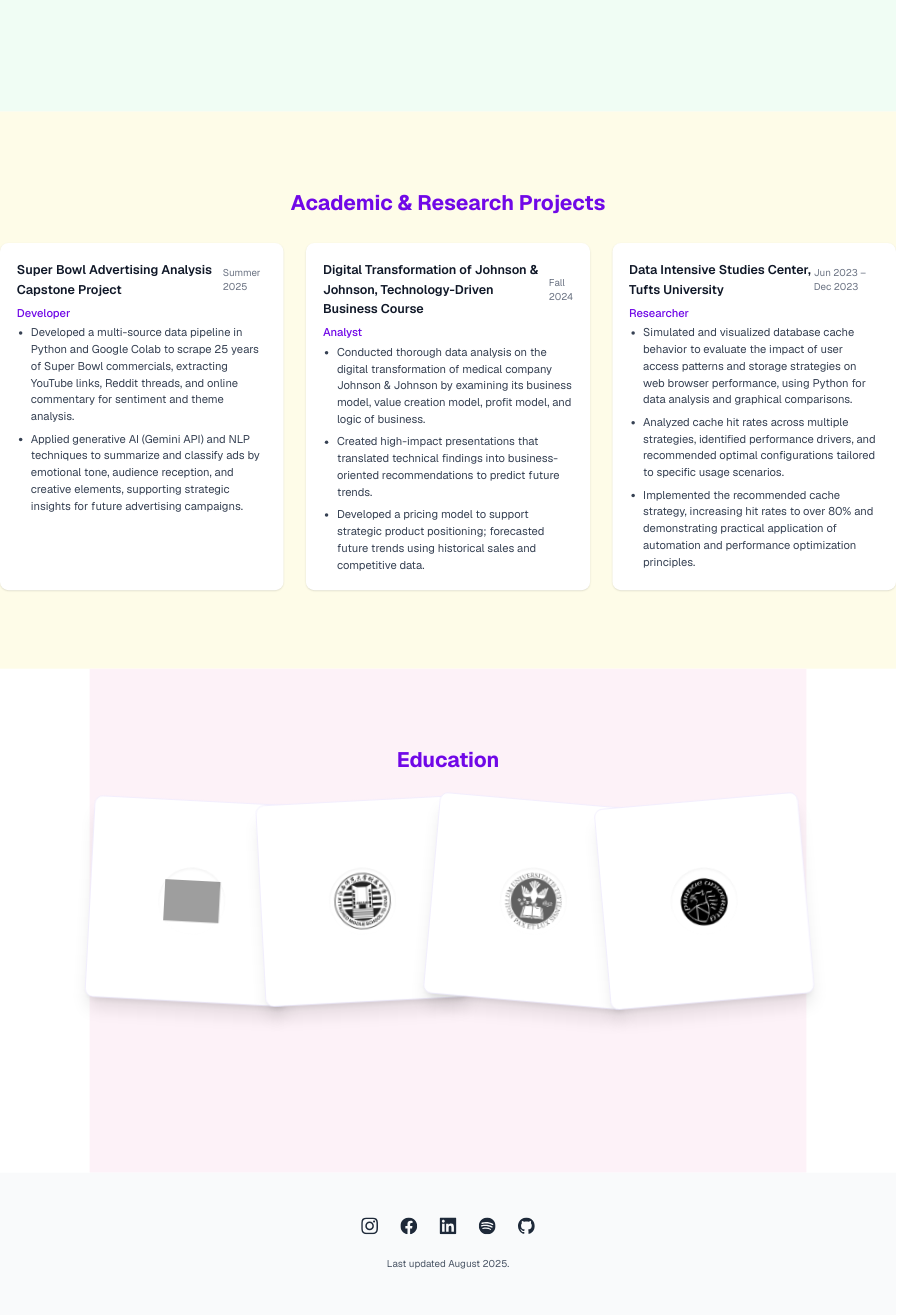
Repository: winniewyl/personal-portfolio
Page: /
These files come from the project's save history. The page is drawn as it stood at one moment and after the next save; the edit follows.
The browser window is 1280 px wide. The page is 1280 px wide, then 1292 px, so the pictures cover 1292 px, including what lies to the right of the window. The pictures show the part of the page from y = 2125 to 4005 px (the page is 4005 px tall), at 70% of full size.
Pictures or frames that could not be fetched are drawn as grey boxes. The project was rebuilt for these pictures with package versions that can differ from the ones it lists, and the page was loaded fresh each time. The framework's server and built-in components were replaced by stand-ins that run in the browser. Also part of the build but not shown: next.config.ts.

Above is the page before, as saved 2025-07-29 15:18:25.

After the next save:
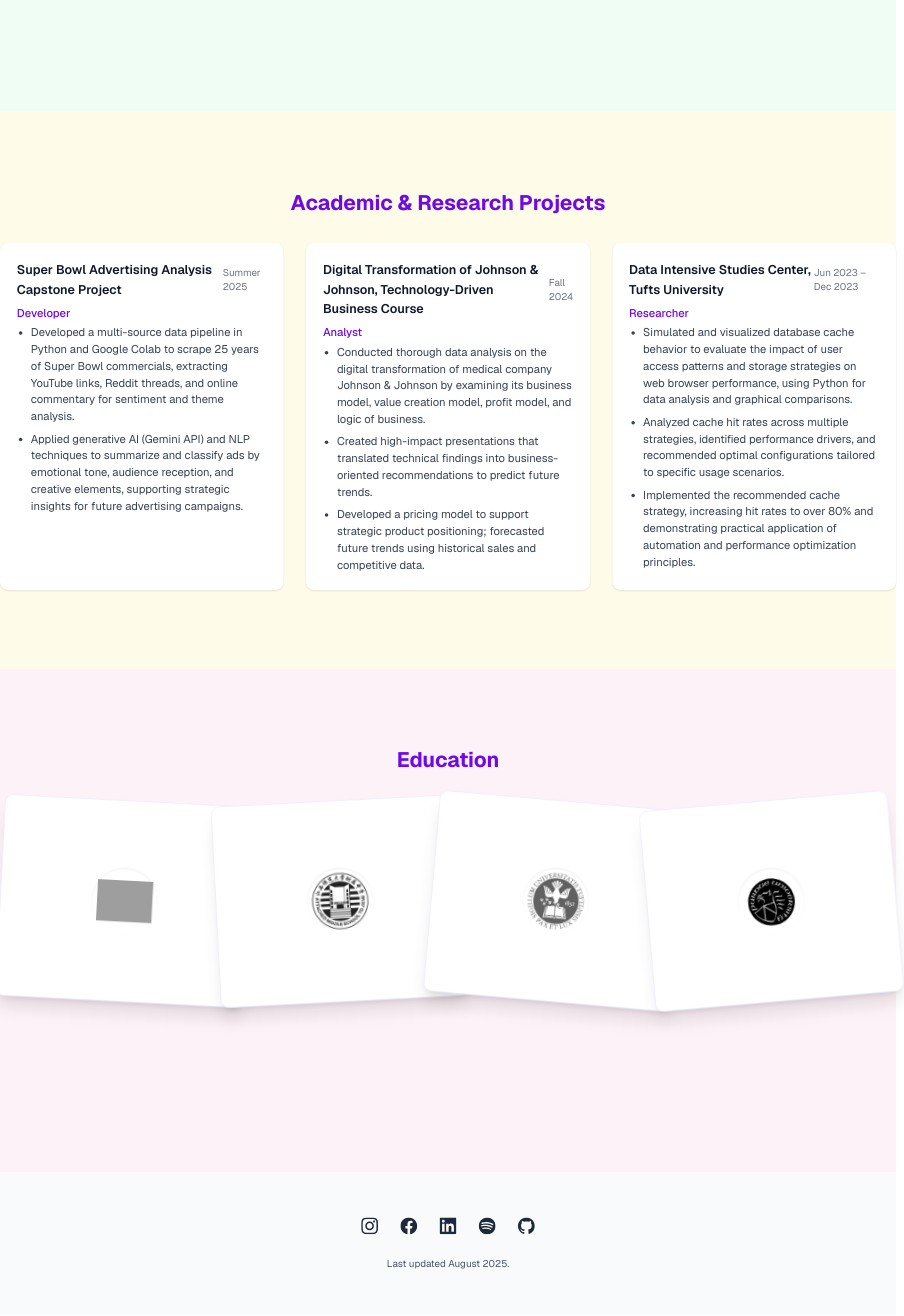
Saved 8 s later.
--- a/src/app/page.tsx
+++ b/src/app/page.tsx
@@ -187,7 +187,7 @@ export default function Home() {
         </section>
         <section
           id="education"
-          className="w-full flex flex-col items-center py-20 sm:py-28 max-w-5xl mx-auto scroll-mt-24 bg-pink-50 dark:bg-pink-900/20 min-h-screen"
+          className="w-full flex flex-col items-center py-20 sm:py-28 bg-pink-50 dark:bg-pink-900/20 min-h-screen"
         >
           <h2 className="text-3xl font-bold mb-10 text-violet-700 dark:text-violet-400">
             Education
